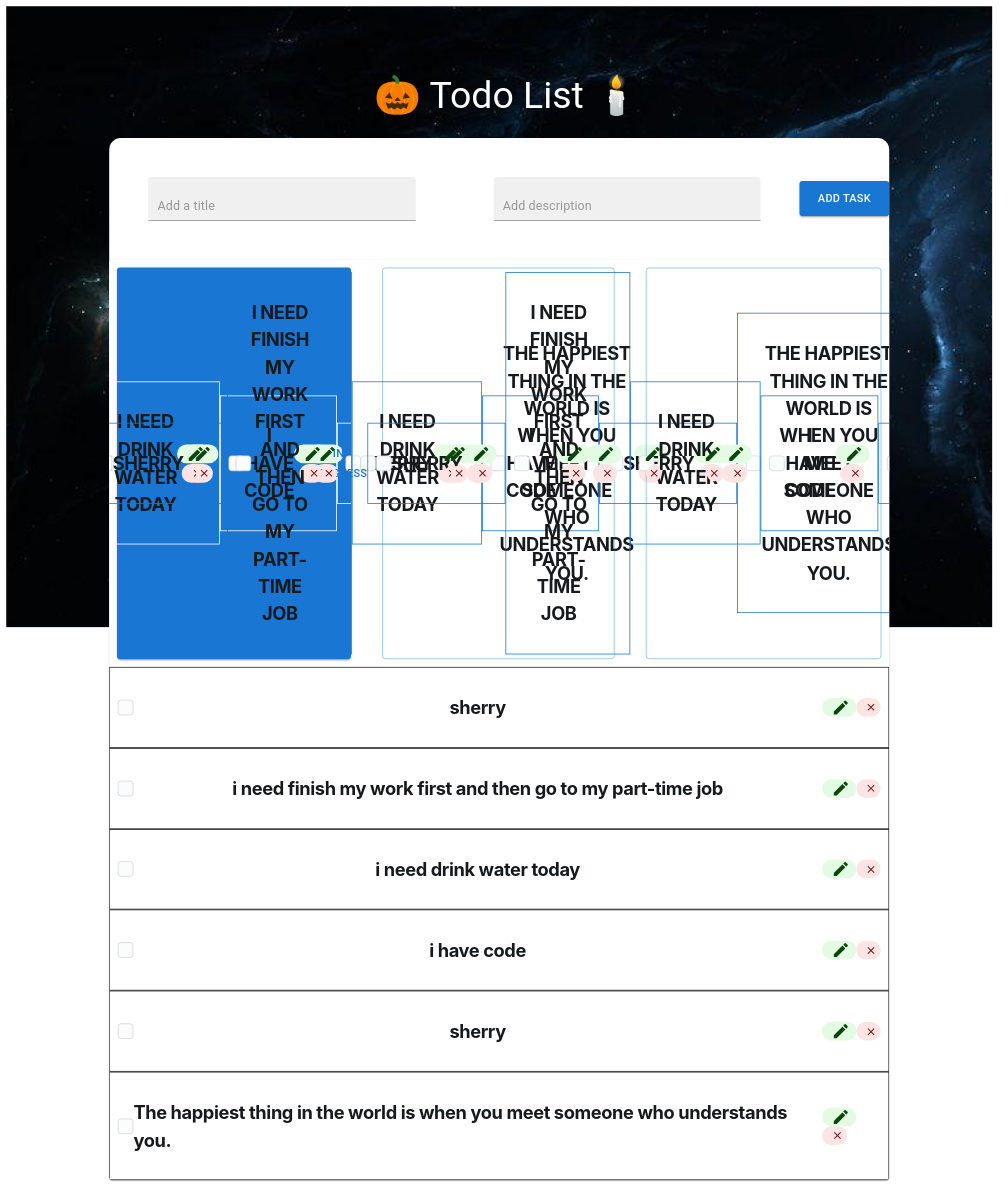
Repository: Tracy-maker/TodoList
Page: /
These files come from the project's save history. The page is drawn as it stood at one moment and after the next save; the edit follows.
The browser window is 1280 px wide. The page is 1292 px wide, so the pictures cover 1292 px, including what lies to the right of the window. The pictures show the whole page, at 78% of full size.
The project was rebuilt for these pictures with package versions that can differ from the ones it lists, and the page was loaded fresh each time. Requests to the local data server were answered from the project's data file. Also part of the build but not shown: src/components/TaskEdit.js.

Above is the page before, as saved 2023-09-20 15:00:54.

### public/index.html
<!DOCTYPE html>
<html lang="en">
  <head>
    <meta charset="utf-8" />
    <link rel="icon" href="%PUBLIC_URL%/favicon.ico" />
    <meta name="viewport" content="width=device-width, initial-scale=1" />
    <meta name="theme-color" content="#000000" />
    <meta
      name="description"
      content="Web site created using create-react-app"
    />
    <link rel="apple-touch-icon" href="%PUBLIC_URL%/logo192.png" />
    <!--
      manifest.json provides metadata used when your web app is installed on a
      user's mobile device or desktop. See https://developers.google.com/web/fundamentals/web-app-manifest/
    -->
    <link rel="manifest" href="%PUBLIC_URL%/manifest.json" />
    <link href="https://fonts.googleapis.com/css2?family=Montserrat:wght@300;400;500&amp;display=swap" rel="stylesheet">
    <!--
      Notice the use of %PUBLIC_URL% in the tags above.
      It will be replaced with the URL of the `public` folder during the build.
      Only files inside the `public` folder can be referenced from the HTML.

      Unlike "/favicon.ico" or "favicon.ico", "%PUBLIC_URL%/favicon.ico" will
      work correctly both with client-side routing and a non-root public URL.
      Learn how to configure a non-root public URL by running `npm run build`.
    -->
    <title>React App</title>
  </head>
  <body>
    <noscript>You need to enable JavaScript to run this app.</noscript>
    <div id="root"></div>
    <!--
      This HTML file is a template.
      If you open it directly in the browser, you will see an empty page.

      You can add webfonts, meta tags, or analytics to this file.
      The build step will place the bundled scripts into the <body> tag.

      To begin the development, run `npm start` or `yarn start`.
      To create a production bundle, use `npm run build` or `yarn build`.
    -->
  </body>
</html>

### src/App.js
import { useState, useEffect } from "react";
import axios from "axios";
import CreateTask from "./components/CreateTask";
import TaskList from "./components/TaskList";
import { Box, Stack } from "@mui/material";
import styled from "styled-components";
import Typography from "@mui/material/Typography";

import Image1 from "./image/7.jpg";

const StyledContainer = styled(Stack)`
  height: 100vh;
  width: 100%;
  display: flex;
  align-items: stretch;
  padding-top: 6%;
  background-image: url(${Image1});
  background-size: cover;
  background-repeat: no-repeat;
`;

const TaskForm = styled(Box)`
  margin-left: auto;
  margin-right: auto;
  width: 1000px;
  background-color: white;
  border-radius: 15px;
  @media (max-width: 768px) {
    width: 100%;
  }
`;
const Title = styled(Typography)`
  color: white;
  margin: auto;
  width: 100%;
  padding: 10px;
  text-align: center;
`;

function App() {
  const [tasks, setTasks] = useState([]);
  const [filter, setFilter] = useState("all");

  const fetchTask = async () => {
    const response = await axios.get("http://localhost:3001/tasks");
    setTasks(response.data);
  };

  useEffect(() => {
    fetchTask();
  }, []);

  const createTask = async (title, description) => {
    const response = await axios.post("http://localhost:3001/tasks", {
      title,
      description,
      status: "inProgress",
    });
    const updatedTasks = [...tasks, response.data];
    setTasks(updatedTasks);
  };

  const deleteTasksById = async (id) => {
    await axios.delete(`http://localhost:3001/tasks/${id}`);
    const updatedTasks = tasks.filter((task) => {
      return task.id !== id;
    });
    setTasks(updatedTasks);
  };

  const editTaskById = async (id, newTitle) => {
    const response = await axios.put(`http://localhost:3001/tasks/${id}`, {
      title: newTitle,
    });

    const updatedTasks = tasks.map((task) => {
      if (task.id === id) {
        return {
          ...task,
          ...response.data,
        };
      }
      return tasks;
    });
    setTasks(updatedTasks);
  };

  const handleFilterTasks = (filter) => {
    setFilter(filter);
  };

  let filteredTasks = tasks;
  if (filter !== "all") {
    filteredTasks = tasks.filter((task) => task.status === filter);
  }

  const toggleCheckedBoxById = (id) => {
    const updatedTasks = tasks.map((task) => {
      if (task.id === id) {
        let nextStatus;
        if (task.status === "done") {
          nextStatus = "inProgress";
        } else {
          nextStatus = "done";
        }
        return {
          ...task,
          status: nextStatus,
        };
      }
      return task;
    });
    setTasks(updatedTasks);
  };

  return (
    <StyledContainer>
      <Title variant="h3" gutterBottom>
        🎃 Todo List 🕯️
      </Title>
      <TaskForm>
        <CreateTask onCreate={createTask} />
        <TaskList
          toggleCheckedBoxById={toggleCheckedBoxById}
          tasks={filteredTasks}
          onDelete={deleteTasksById}
          onEdit={editTaskById}
          defaultValue={filter}
          onFilterChange={handleFilterTasks}
        />
      </TaskForm>
    </StyledContainer>
  );
}
export default App;

### src/components/CreateTask.js
import * as React from "react";
import Stack from "@mui/material/Stack";
import TextField from "@mui/material/TextField";
import Button from "@mui/material/Button";
import { useState } from "react";
import { styled } from "@mui/material";

const Input = styled(TextField)`
  padding: 5%;
  width: 65%;
`;

const AddButton = styled(Button)`
  margin: auto;
  width: 20%;
  padding: 10px;
  text-align: center;
`;

function CreateTask(props) {
  const [title, setTitle] = useState("");
  const [description, setDescription] = useState("");

  const handleChange = (event) => {
    const { name, value } = event.target;
    if (name === "title") {
      setTitle(value);
    } else if (name === "description") {
      setDescription(value);
    }
  };

  const handleSubmit = (event) => {
    event.preventDefault();
    if (title.trim() !== "" || description.trim() !== "") {
      props.onCreate({ title, description });
      setTitle("");
      setDescription("");
    }
  };

  return (
    <Stack onSubmit={handleSubmit} component="form" direction="row">
      <Input
        value={title}
        onChange={handleChange}
        placeholder="Add a title"
        variant="filled"
      />
      <Input
        value={description}
        onChange={handleChange}
        placeholder="Add description"
        variant="filled"
      />
      <AddButton type="submit" variant="contained">
        Add Task
      </AddButton>
    </Stack>
  );
}

export default CreateTask;

### src/components/TaskList.js
import React from "react";
import { Box, Button, Card } from "@mui/material";
import TaskShow from "./TaskShow";
import styled from "styled-components";

const ButtonNavigationBar = styled(Box)`
  display: flex;
  justify-content: center;
  gap: 40px;
  padding: 10px;
`;

function TaskList(props) {
  const renderedTasksList = props.tasks.map((task) => (
    <TaskShow
      key={task.id}
      task={task}
      onDelete={props.onDelete}
      onEdit={props.onEdit}
      toggleCheckedBoxById={props.toggleCheckedBoxById}
    />
  ));

  return (
    <Box mb={2}>
      <Card>
        <ButtonNavigationBar>
          <Button
            variant={props.defaultValue === "all" ? "contained" : "outlined"}
            onClick={() => props.onFilterChange("all")}
          >
            All Tasks
            {renderedTasksList}
          </Button>
          <Button
            variant={props.defaultValue === "done" ? "contained" : "outlined"}
            onClick={() => props.onFilterChange("done")}
          >
            Done
            {renderedTasksList}
          </Button>
          <Button
            variant={
              props.defaultValue === "inProgress" ? "contained" : "outlined"
            }
            onClick={() => props.onFilterChange("inProgress")}
          >
            In Progress
            {renderedTasksList}
          </Button>
        </ButtonNavigationBar>
        {renderedTasksList}
      </Card>
    </Box>
  );
}

export default TaskList;

### src/components/TaskShow.js
import * as React from "react";
import { useState } from "react";
import Typography from "@mui/joy/Typography";
import Checkbox from "@mui/joy/Checkbox";
import Chip from "@mui/joy/Chip";
import ChipDelete from "@mui/joy/ChipDelete";
import styled from "styled-components";
import { Box } from "@mui/material";
import EditIcon from "@mui/icons-material/Edit";
import TaskEdit from "./TaskEdit";

const TaskItem = styled(Box)`
  display: flex;
  justify-content: space-between;
  align-items: center;
  padding: 10px;
  border-style: solid;
  border-width: 1px;
`;

const Title = styled(Typography)`
  text-decoration: ${({ isDeleted }) => (isDeleted ? "line-through" : "none")};
`;

function TaskShow(props) {
  const [showEdit, setShowEdit] = useState(false);

  const handleEdit = () => {
    setShowEdit(!showEdit);
  };

  const handleSubmit = (id, newTitle) => {
    setShowEdit(false);
    props.onEdit(id, newTitle);
  };

  let content;

  if (showEdit) {
    content = <TaskEdit onSubmit={handleSubmit} task={props.task} />;
  } else {
    content = (
      <>
        <h3>{props.task.title}</h3>
        <h3>{props.task.description}</h3>
      </>
    );
  }

  const handleDelete = () => {
    props.onDelete(props.task.id);
  };

  const handleCheckboxChange = () => {
    props.toggleCheckedBoxById(props.task.id);
  };

  return (
    <TaskItem>
      <Checkbox
        checked={props.task.status === "done"}
        onChange={handleCheckboxChange}
      />
      <Title isDeleted={props.task.status === "done"} level="h4">
        {content}
      </Title>
      <Box>
        <Chip
          variant="soft"
          color="success"
          onClick={handleEdit}
          endDecorator={<EditIcon />}
        />

        <Chip
          variant="soft"
          color="danger"
          endDecorator={<ChipDelete onClick={handleDelete} />}
        />
      </Box>
    </TaskItem>
  );
}

export default TaskShow;

### db.json
{
  "tasks": [
    {
      "title": "sherry",
      "status": "inProgress",
      "id": 1
    },
    {
      "title": "i need finish my work first and then go to my part-time job",
      "status": "inProgress",
      "id": 2
    },
    {
      "title": "i need drink water today",
      "status": "inProgress",
      "id": 3
    },
    {
      "title": "i have code",
      "status": "inProgress",
      "id": 4
    },
    {
      "title": "sherry",
      "status": "inProgress",
      "id": 5
    },
    {
      "title": "The happiest thing in the world is when you meet someone who understands you.",
      "status": "inProgress",
      "id": 6
    }
  ]
}

Loaded but not shown: src/index.js (common file)

After the next save:
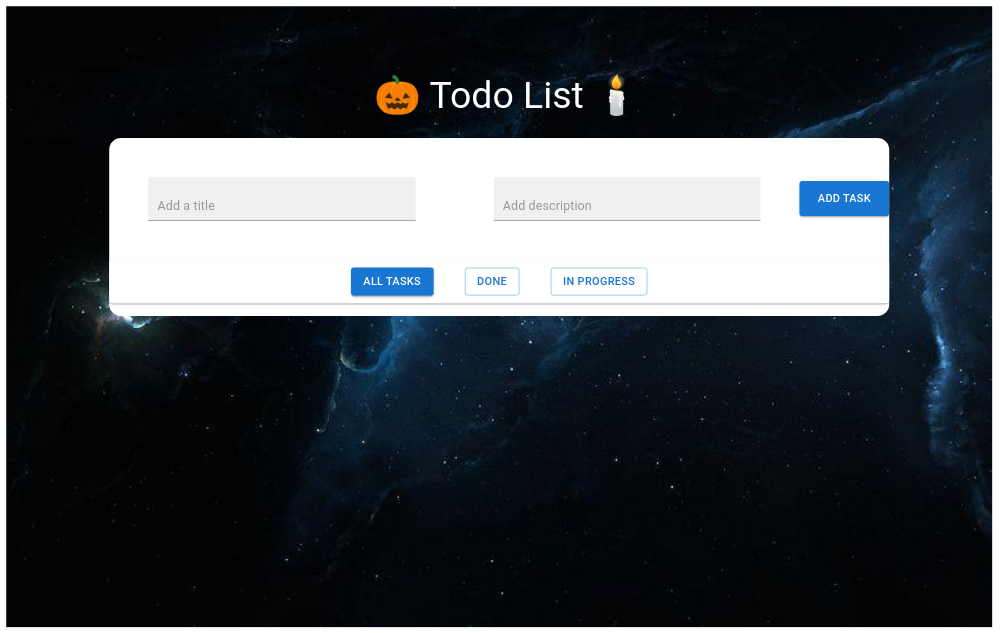
Saved 3 min 16 s later.
--- a/src/App.js
+++ b/src/App.js
@@ -41,14 +41,14 @@ function App() {
   const [tasks, setTasks] = useState([]);
   const [filter, setFilter] = useState("all");
 
-  const fetchTask = async () => {
-    const response = await axios.get("http://localhost:3001/tasks");
-    setTasks(response.data);
-  };
+  // const fetchTask = async () => {
+  //   const response = await axios.get("http://localhost:3001/tasks");
+  //   setTasks(response.data);
+  // };
 
-  useEffect(() => {
-    fetchTask();
-  }, []);
+  // useEffect(() => {
+  //   fetchTask();
+  // }, []);
 
   const createTask = async (title, description) => {
     const response = await axios.post("http://localhost:3001/tasks", {
